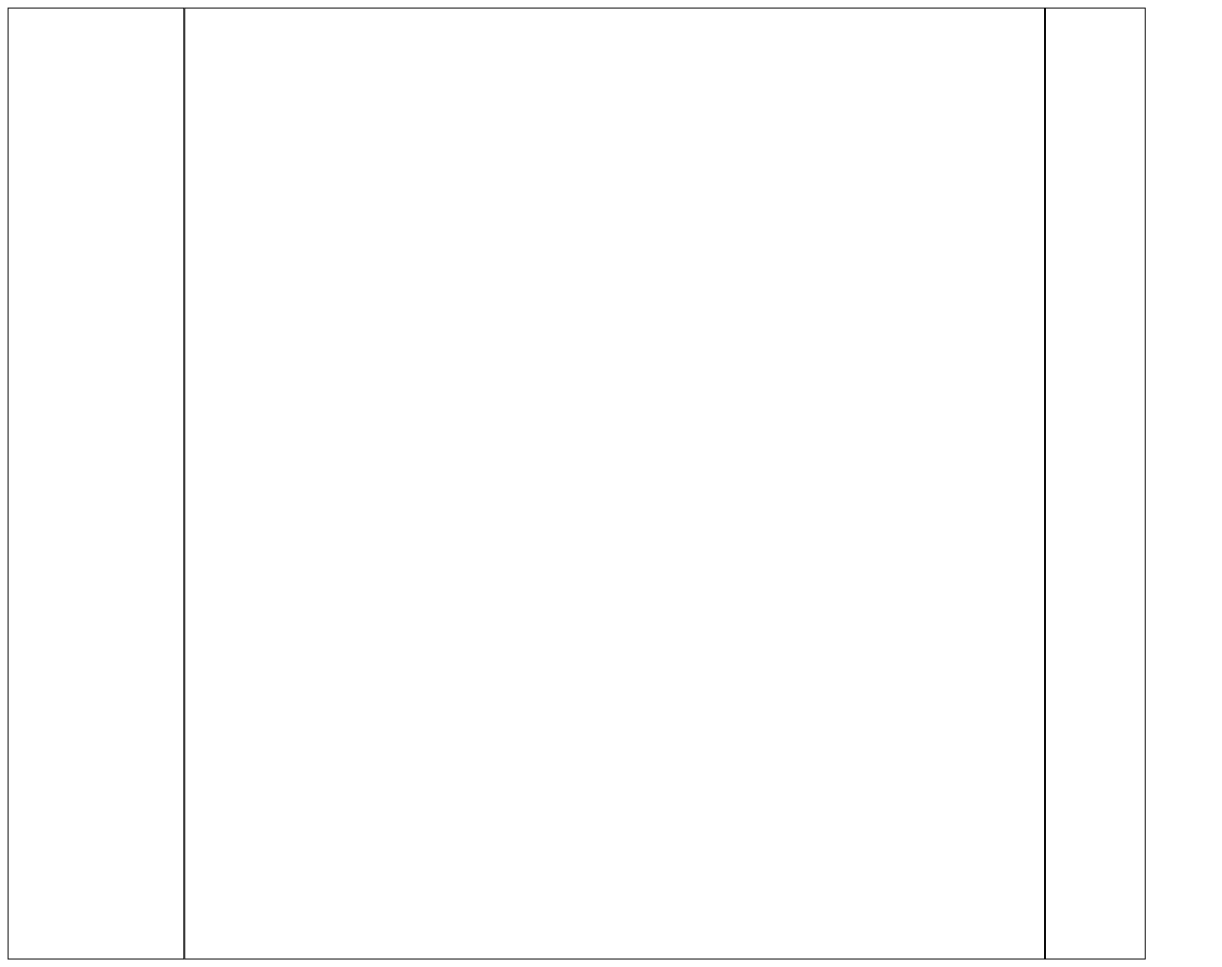
Repository: longtn213/Frond_end_HTML-CSS
Page: Front-End/Demohtml/Demo Html Css.html
These files come from the project's save history. The page is drawn as it stood at one moment and after the next save; the edit follows.
The browser window is 1280 px wide. The page is 1280 px wide, then 1286 px, so the pictures cover 1286 px, including what lies to the right of the window. The pictures show the whole page, at 95% of full size.

Above is the page before, as saved 2021-09-09 14:13:03.

### Front-End/Demohtml/Demo Html Css.html
<!DOCTYPE html>
<!--hoc tu can ban den nang cao-->
<!DOCTYPE html>
<html>

<head>
    <title>HTML co ban </title>
    <link href="https://fonts.googleapis.com/css2?family=Lato:wght@400;700;900&display=swap" rel="stylesheet">
    <link rel="stylesheet" href="/style.css">
</head>

<body>
    <div class="container">
        <table class="table1">
        </table>
        <table class="table2">

        </table>
        <table class="table3">

        </table>

    </div>
</body>

</html>

### Front-End/Demohtml/style.css
.container{
    display: flex;

}
.table1 {

    padding: 100px 90px;
    border: 1px solid #000;
}
.table2{

    padding: 500px 450px;
    border: 1px solid #000;
}
.table3{
    padding: 500px 50px;
    border: 1px solid #000;
}

After the next save:
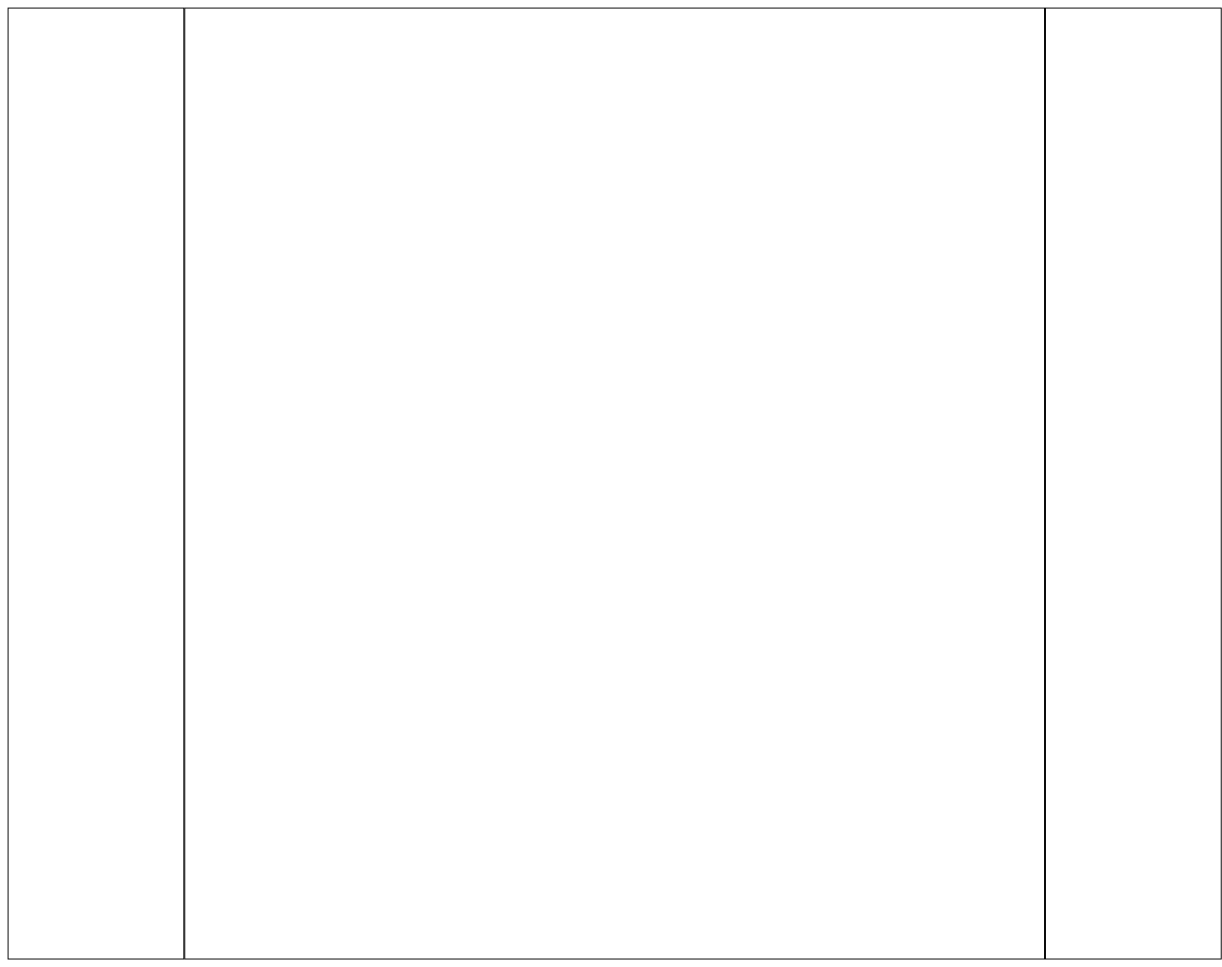
Saved 8 s later.
--- a/Front-End/Demohtml/style.css
+++ b/Front-End/Demohtml/style.css
@@ -13,6 +13,6 @@
     border: 1px solid #000;
 }
 .table3{
-    padding: 500px 50px;
+    padding: 100px 90px;
     border: 1px solid #000;
 }
